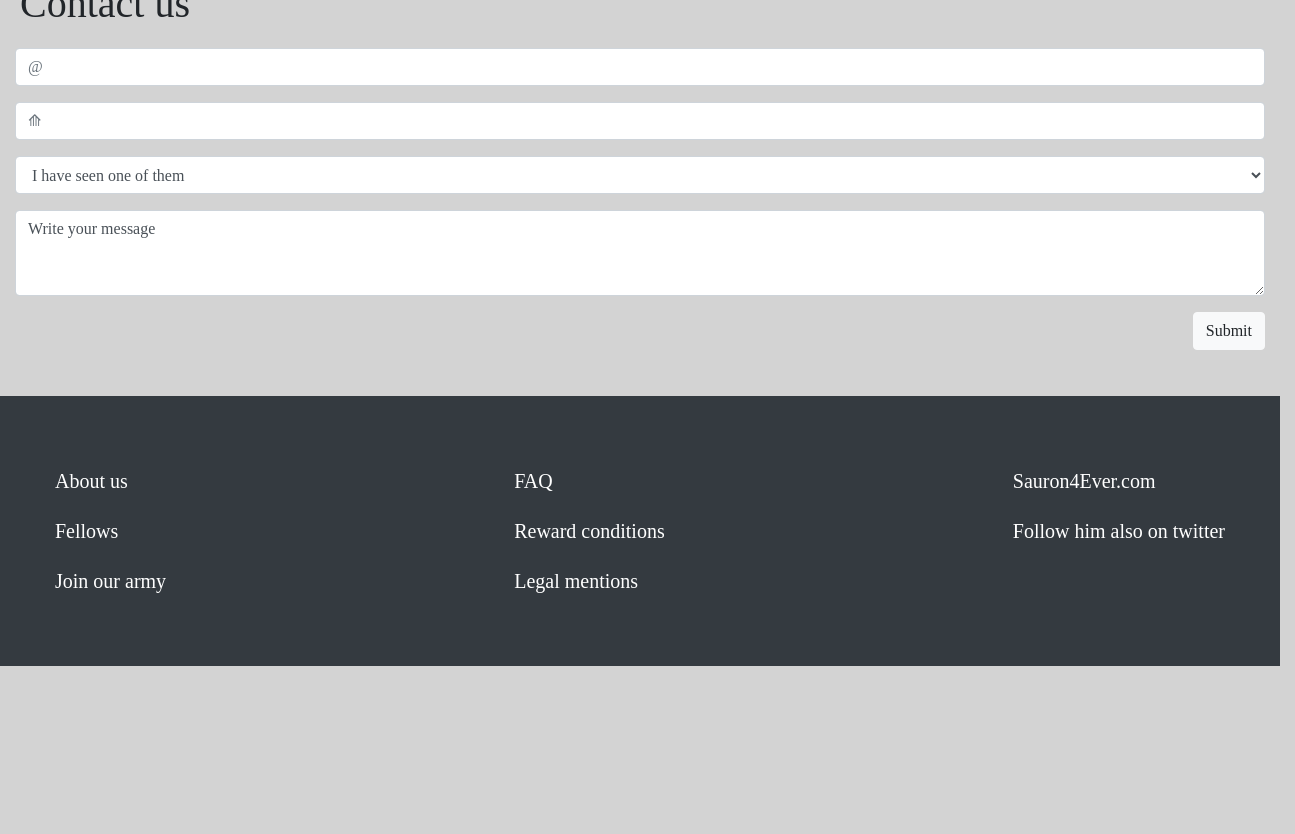
Repository: Khaleddwm/FindThePrecious
Page: index.html
The author's editor kept a copy of each file at every save. The page is drawn from the files as they stood at one save, then again after the next save.
The browser window is 1280 px wide. The page is 1295 px wide, so the pictures cover 1295 px, including what lies to the right of the window. The pictures show the part of the page from y = 1962 to 2886 px (the page is 2796 px tall before and 2886 px after).
Some web fonts or font styles are not loaded; a fallback is used.

Above is the page before, as saved 2020-05-25 11:44:15.

### index.html
<!DOCTYPE html>
<html lang="en">
<head>
    <meta charset="UTF-8">
    <meta name="viewport" content="width=device-width, initial-scale=1.0">
    <title>FindThePrecious</title>
    <link href="https://fonts.googleapis.com/css2?family=Bad+Script&display=swap" rel="stylesheet">
    <!-- CSS only -->
    <link rel="stylesheet" href="https://stackpath.bootstrapcdn.com/bootstrap/4.5.0/css/bootstrap.min.css" integrity="sha384-9aIt2nRpC12Uk9gS9baDl411NQApFmC26EwAOH8WgZl5MYYxFfc+NcPb1dKGj7Sk" crossorigin="anonymous">
    <link rel="stylesheet" href="https://cdnjs.cloudflare.com/ajax/libs/font-awesome/4.7.0/css/font-awesome.min.css">
    <link rel="stylesheet" href="style.css">
    <!-- JS, Popper.js, and jQuery -->
    <script src="https://code.jquery.com/jquery-3.5.1.slim.min.js" integrity="sha384-DfXdz2htPH0lsSSs5nCTpuj/zy4C+OGpamoFVy38MVBnE+IbbVYUew+OrCXaRkfj" crossorigin="anonymous"></script>
    <script src="https://cdn.jsdelivr.net/npm/popper.js@1.16.0/dist/umd/popper.min.js" integrity="sha384-Q6E9RHvbIyZFJoft+2mJbHaEWldlvI9IOYy5n3zV9zzTtmI3UksdQRVvoxMfooAo" crossorigin="anonymous"></script>
    <script src="https://stackpath.bootstrapcdn.com/bootstrap/4.5.0/js/bootstrap.min.js" integrity="sha384-OgVRvuATP1z7JjHLkuOU7Xw704+h835Lr+6QL9UvYjZE3Ipu6Tp75j7Bh/kR0JKI" crossorigin="anonymous"></script>
</head>
<body>
    <nav class="navbar navbar-expand-sm navbar-dark bg-dark">
        <a href"index.html" class="titleNav navbar-brand">FindThePrecious.com</a>
        <button class="navbar-toggler" data-toggle="collapse" data-target="#navbarMenu">
            <span class="navbar-toggler-icon"></span>
        </button>
        <div class="collapse navbar-collapse" id="navbarMenu">
            <ul class="navbar-nav">
                <li class="nav-item">
                    <a href="#" class="nav-link">Fellows</a>
                </li>
                <li>
                    <a href="#" class="nav-link">Contact us</a>
                </li>
            </ul>
        </div>
    </nav>
    <div id="carouselControls" class="carousel slide" data-ride="carousel">
        <div class="carousel-inner">
            <div class="carousel-caption d-none d-block">
                <h1>Dangerous fellowship try to destroy the ring</h1>
                <p>Orcs, Goblins, Balrogs, protect your master Sauron !</p>
            </div>
            <div class="carousel-item active">
                <img class="d-block w-100" src="https://img.phonandroid.com/2018/04/seigneur-des-anneaux.jpg" alt="First slide">
            </div>
            <div class="carousel-item">
                <img class="d-block w-100" src="https://www.journaldugeek.com/content/uploads/2019/07/lord-of-the-rings-gollum-new-lotr-stealth-game-coming-2021-from-daedalic-entertainment-767717.jpg" alt="Second slide">
            </div>
            <div class="carousel-item">
                <img class="d-block w-100" src="https://vignette.wikia.nocookie.net/lotr/images/1/15/Gothmog_the_lord_of_balrogs_by_atohas-d8hf6ru.jpg/revision/latest?cb=20180410213854" alt="Third slide">
            </div>
        </div>
        <a class="carousel-control-prev" href="#carouselControls" role="button" data-slide="prev">
            <span class="carousel-control-prev-icon" aria-hidden="true"></span>
            <span class="sr-only">Previous</span>
        </a>
        <a class="carousel-control-next" href="#carouselControls" role="button" data-slide="next">
            <span class="carousel-control-next-icon" aria-hidden="true"></span>
            <span class="sr-only">Next</span>
        </a>
    </div>
    <div class="wanted">
        <div class="wanted-title">
            <h1>Fellows wanted dead (or alive if you want to eat them later)</h1>
        </div>
        <div class="card-deck">
            <div class="card col-xs-12 col-md-4">
                <img src="https://kr4v3n.github.io/Sauron/img/gandalf.png" class="card-img-top" alt="Gandalf">
                <div class="living card-img-overlay">
                    <h2>Reward 1000 gold coins</h2>
                </div>
                <div class="card-body">
                    <h2 class="card-title">Gandalf</h2>
                    <p class="card-text">
                        Gandalf was shorter in stature than the other two; but his long white hair,
                        his sweeping silver beard, and his broad shoulders, made him look like some wise king of ancient legend.
                        In his aged face under great snowy brows his eyes were set like coals that could suddenly burst into fire.
                    </p>
                </div>
            </div>
            <div class="card col-xs-12 col-md-4">
                <img src="https://kr4v3n.github.io/Sauron/img/gimli.png" class="card-img-top" alt="Gimli">
                <div class="dead card-img-overlay">
                    <h2>DEAD</h2>
                </div>
                <div class="card-body">
                    <h2 class="card-title">Gimli</h2>
                    <p class="card-text">
                        Gimli throughout the War showed perhaps the greatest open contempt for Sauron and his minions, save possibly Boromir.
                        He was a grim character, for the most part, laughing only occasionally and, though in a few rare situations inspiring amusement,
                        never joking. Due to his comments especially during the initial stage of the journey, he may be called more superstitious than the others,
                        acting very much as if Caradhras was an actual living being.
                    </p>
                </div>
            </div>
            <div class="card col-xs-12 col-md-4">
                <img src="https://kr4v3n.github.io/Sauron/img/aragorn.png" class="card-img-top" alt="Aragorn">
                <div class="living card-img-overlay">
                    <h2>Reward 250 gold coins</h2>
                </div>
                <div class="card-body">
                    <h2 class="card-title">Aragorn</h2>
                    <p class="card-text">
                        An artist's conception of Aragorn at The Prancing Pony Tolkien gives
                        a brief but detailed description of him in The Lord of the Rings: lean, dark, tall, with
                        "a shaggy head of dark hair flecked with grey, and in a pale stern face a pair of keen grey eyes."
                    </p>
                </div>
            </div>
        </div>
    </div>
    <div class="form">
        <h1>Contact us</h1>
        <form class="container-fluid">
            <div class="form-group">
                <input type="email" class="form-control" id="email" placeholder="&#64;">
            </div>
            <div class="form-group">
                <input type="email" class="form-control" id="email" placeholder="&#10224;">
            </div>
            <div class="form-group">
                <select class="form-control" id="select">
                    <option>I have seen one of them</option>
                    <option>I have lost one of them</option>
                    <option>I have find one of them</option>
                </select>
            </div>
            <div class="form-group">
                <textarea class="form-control" id="textarea" rows="3">Write your message</textarea>
            </div>
            <div class="form-group">
                <input type="submit" class="btn btn-light" id="submit" value="Submit">
            </div>
        </form>
    </div>
    <footer class="footer-classic bg-dark">
        <div class="container-fluid">
            <div class="d-flex justify-content-between">

                    <ul class="nav-list">
                        <li><a href="#">About us</a></li>
                        <li><a href="#">Fellows</a></li>
                        <li><a href="#">Join our army</a></li>
                    </ul>


                    <ul class="nav-list">
                        <li><a href="#">FAQ</a></li>
                        <li><a href="#">Reward conditions</a></li>
                        <li><a href="#">Legal mentions</a></li>
                    </ul>


                    <ul class="nav-list">
                        <li><a href="#">Sauron4Ever.com</a></li>
                        <li><a href="#">Follow him also on twitter</a></li>
                    </ul>

            </div>
        </div>
    </footer>
</body>
</html>

### style.css
body {
    font-family: 'Bad Script', cursive;
    background-color: lightgrey;
}

#navbarMenu, .titleNav {
    font-size: 30px;
}

.navbar {
    overflow: hidden;
    position: fixed; /* Set the navbar to fixed position */
    top: 0; /* Position the navbar at the top of the page */
    width: 100%; /* Full width */
    z-index: 1000;
}

/* Change background on mouse-over */
#navbarMenu a:hover {
    background: lightgray;
    color: black;
}

#carouselControls {
    margin-top: 70px;
}

p {
    font-size: 20px;
}

img {
    width: auto;
    height: 600px;
}

.wanted-title {
    text-align: center;
    margin: 50px;
}
/* hover for living */
.living h2 {
    background-color: lightgray;
}

.living {
    opacity: 0;
}

.living:hover {
    opacity: 1;
    text-align: center;
}

/* hover for dead */
.dead {
    opacity: 0;
}

.dead:hover {
    opacity: 1;
    text-align: center;
    background-color: lightgray;
}

#submit {
    float: right;
}

.form {
    font-size: 30px;
    margin-top: 50px;
    margin-bottom: 100px;
    border-top: 2px solid black;
}

.form h1 {
    margin: 20px;
}

footer .container-fluid {
    padding-top: 30px;
    padding-bottom: 30px;
    font-size: 20px;
}

@media only screen and (min-width: 768px) {
    footer .container-fluid {
        display: flex;
        flex-direction: column;
    }
}
.footer-classic a, .footer-classic a:focus, .footer-classic a:active {
    color: white;
}

footer ul, footer li {
    list-style: none;
    padding: 0;
    margin: 20px;
}

After the next save:
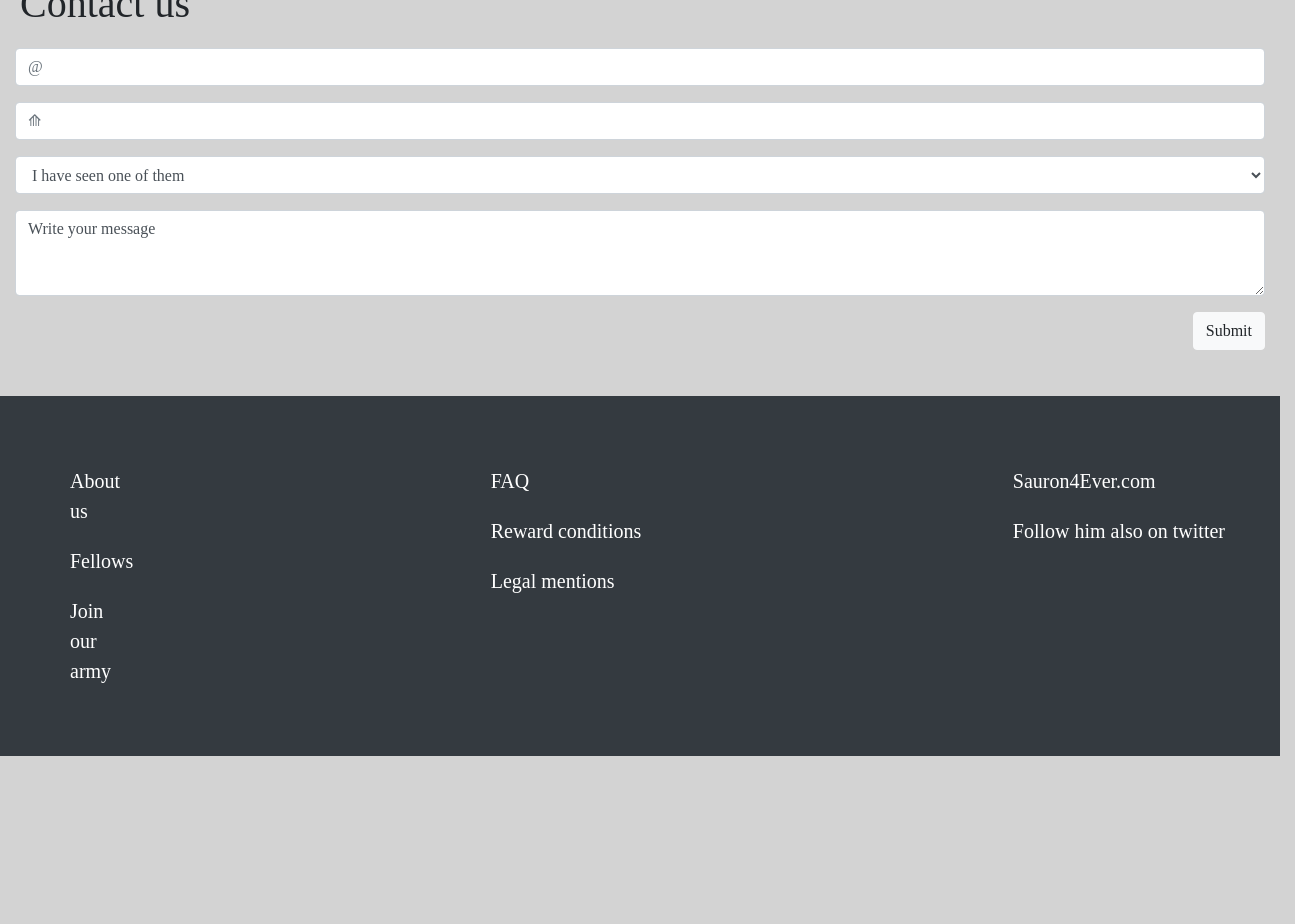
Saved 19 s later.
--- a/index.html
+++ b/index.html
@@ -134,7 +134,7 @@
         <div class="container-fluid">
             <div class="d-flex justify-content-between">
 
-                    <ul class="nav-list">
+                    <ul class="col-1 nav-list">
                         <li><a href="#">About us</a></li>
                         <li><a href="#">Fellows</a></li>
                         <li><a href="#">Join our army</a></li>
